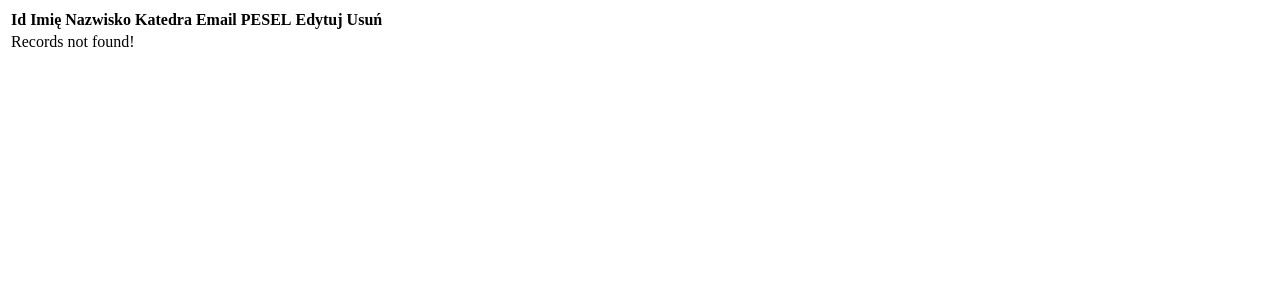
Repository: wojciechDrozd/php
Page: http://localhost/ajax/readTeachersRecords.php
These files come from the project's save history. The page is drawn as it stood at one moment and after the next save; the edit follows.
The browser window is 1280 px wide. The pictures show the whole page.
The page is run by PHP 8.4 with error messages shown; the project is at /var/www/html/. Queries for data that is not in the repository find no rows.

Above is the page before, as saved 2017-04-15 06:35:52.

After the next save:
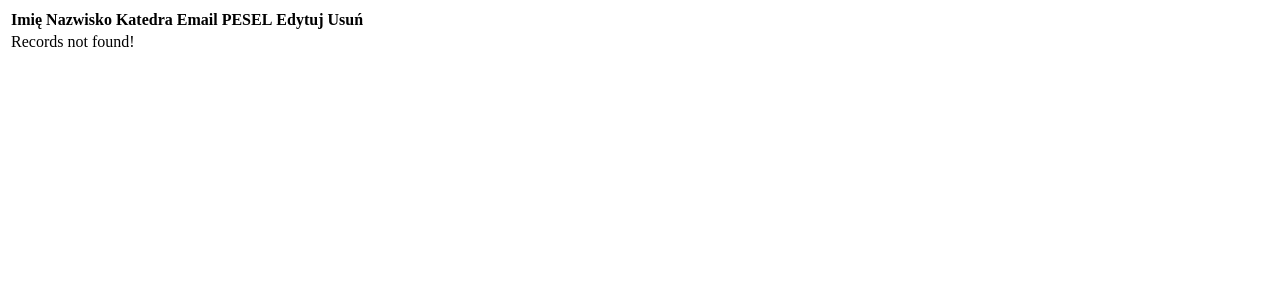
Saved 5 min 48 s later.
--- a/1/CRUDexample/ajax/readTeachersRecords.php
+++ b/1/CRUDexample/ajax/readTeachersRecords.php
@@ -6,7 +6,6 @@ require_once 'db_connection.php';
 // nagłówek tabeli pracownicy
 $data = '<table class="table table-bordered table-striped">
                         <tr>
-                            <th>Id</th>
                             <th>Imię</th>
                             <th>Nazwisko</th>
                             <th>Katedra</th>
@@ -28,7 +27,6 @@ if(mysqli_num_rows($result) > 0)
 	while($row = mysqli_fetch_assoc($result))
 	{
 		$data .= '<tr>
-                <td>'.$row['idProfesores'].'</td>
                 <td>'.$row['imie'].'</td>
                 <td>'.$row['nazwisko'].'</td>
                 <td>'.$row['katedra'].'</td>
